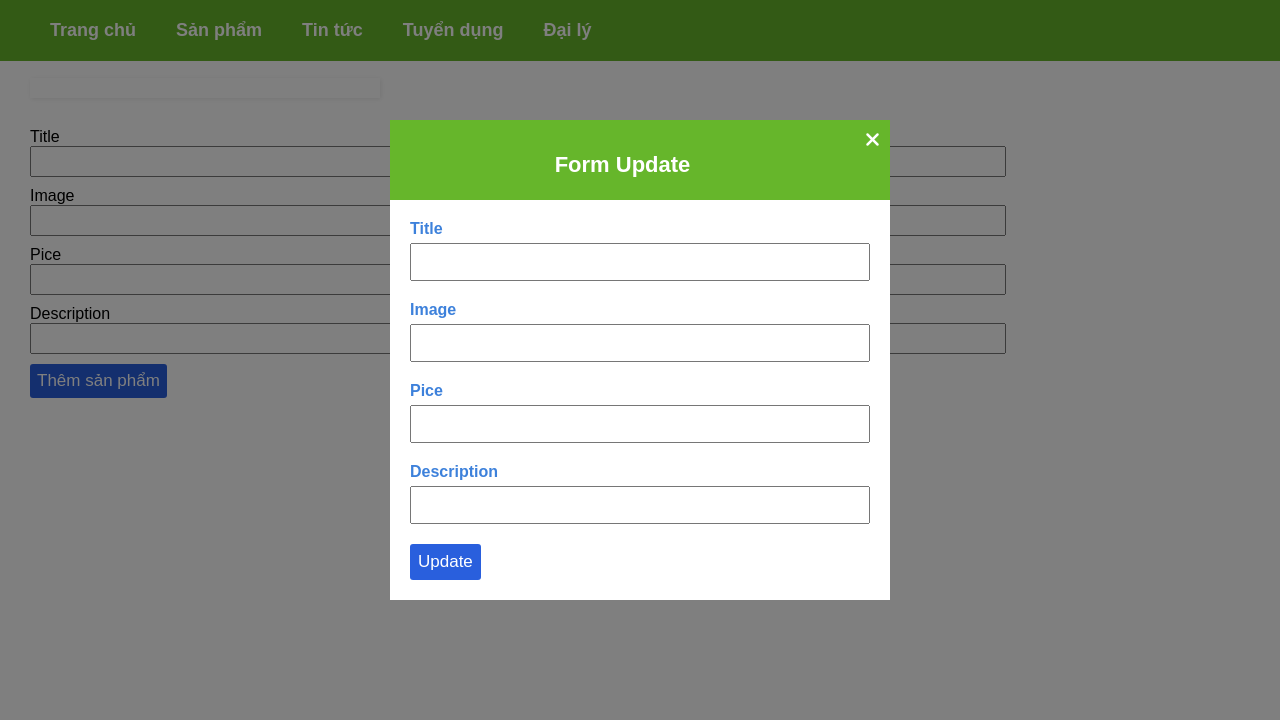
Repository: Ngoc28/CURD_HTML-CSS_JS_JSON
Page: index.html
These files come from the project's save history. The page is drawn as it stood at one moment and after the next save; the edit follows.
The browser window is 1280 px wide. The pictures show the whole page.
The page's requests for data from a server got no answer.

Above is the page before, as saved 2023-04-11 10:04:18.

### index.html
<!DOCTYPE html>
<html lang="en">
<head>
    <meta charset="UTF-8">
    <meta http-equiv="X-UA-Compatible" content="IE=edge">
    <meta name="viewport" content="width=device-width, initial-scale=1.0">
    <title>CURD Cơ bản</title>
    <link rel="stylesheet" href="https://cdnjs.cloudflare.com/ajax/libs/font-awesome/6.4.0/css/all.min.css" integrity="sha512-iecdLmaskl7CVkqkXNQ/ZH/XLlvWZOJyj7Yy7tcenmpD1ypASozpmT/E0iPtmFIB46ZmdtAc9eNBvH0H/ZpiBw==" crossorigin="anonymous" referrerpolicy="no-referrer" />
    <link rel="stylesheet" href="./asset/css/style.css">
</head>
<body>
    <header class="header-menu">
        <ul class="list-menu">
            <li class="item-menu"><a href="">Trang chủ</a></li>
            <li class="item-menu"><a href="">Sản phẩm</a></li>
            <li class="item-menu"><a href="">Tin tức</a></li>
            <li class="item-menu"><a href="">Tuyển dụng</a></li>
            <li class="item-menu"><a href="">Đại lý</a></li>
        </ul>
    </header>
    <div class="main">
        <div class="title-product">
            <h2 class="title">Sản phẩm của chúng tôi</h2>
        </div>
        <div class="products">
            <div class="product">
                <!-- <h3 class="product-name">Coca-Cola</h3>
                <img src="https://cdn.tgdd.vn/Products/Images/2947/190310/bhx/sua-trai-cay-nutriboost-huong-cam-297ml-202202122134380628.jpg" alt="" class="product-img">
                <spam class="product-price">18.000</spam>
                <span class="product-description">Nutriboost là thức uống dinh dưỡng kết hợp sữa và nước trái cây thơm ngon, giúp bạn luôn tràn năng lượng cho một ngày làm việc hiệu quả.</span> -->
            </div>
        </div>
    </div>
    <div class="form">
        <div class="form-1">
            <label for="">Title</label>
            <input type="text" name="title">
        </div>
        <div class="form-1">
            <label for="">Image</label>
            <input type="text" name="image">
        </div>
        <div class="form-1">
            <label for="">Pice</label>
            <input type="text" name="price">
        </div>
        <div class="form-1">
            <label for="">Description</label>
            <input type="text" name="description">
        </div>
        <button type="submit" id="create">Thêm sản phẩm</button>
    </div>

    <!-- formUpdate -->
    <div class="formUpdate">
        <div class="modal">
            <header>
                <i class="update-icon fa-solid fa-xmark"></i>
                <h1>
                    Form Update
                </h1>
            </header>
            <div class="modal-body">
                <div class="form-2">
                    <label for="title">Title</label>
                    <input type="text" id="title" name="title">
                </div>
                <div class="form-2">
                    <label for="image">Image</label>
                    <input type="text" id="image" name="image">
                </div>
                <div class="form-2">
                    <label for="price">Pice</label>
                    <input type="text" id="price" name="price">
                </div>
                <div class="form-2">
                    <label for="description">Description</label>
                    <input type="text" id="description" name="description">
                </div>
                <button type="submit" id="update">Update</button>
            </div>
        </div>
    </div>
    <script src="/script.js"></script>
</body>
</html>

### asset/css/style.css
*{
    padding: 0;
    margin: 0;
    box-sizing: border-box;
}

body {
    font-family: Arial, Helvetica, sans-serif;
}

.header-menu {
    position: fixed;
    top: 0;
    left: 0;
    right: 0;
    background-color: #66b62b;
    font-size: 18px;
    font-weight: 600;
}

.list-menu {
    display: flex;
    margin: 0 30px;
}

.item-menu {
    list-style: none;
}

.item-menu a {
    padding: 20px;
    display: block;
    text-decoration: none;
    color: #fff;
}

.item-menu a:hover {
    background-color: #ffd400;
    display: block;
}

/* Product */
.main {
    margin: 30px 30px 10px 30px;
}

.title-product {
    margin-bottom: 20px;
}


.title-product .title {
    text-align: center;
    color: #d72b27;
}

.products {
    display: flex;
    justify-content: space-between;
    flex-wrap: wrap;
}

.product {
    width: 350px;
    cursor: pointer;
    box-shadow: 1px 1px 5px   rgba(0, 0, 0, 0.09);
    margin-bottom: 20px;
    padding: 10px;
}


.product h3:hover {
    color: #d72b27;
}


.product-name {
    text-align: center;
}

.product-img {
    width: 100%;
    object-fit: cover;
}


.product .product-price:hover {
    color: #66b62b;
}

.product-price {
    color: #d72b27;
    margin: 10px 10px 6px;
    display: flex;
    justify-content: center;
    font-weight: 600;
}

.product-description {
    font-size: 15px;
    font-weight: 400;
    line-height: 20px;
    height: 40px;
    margin: 10px 10px 6px;
    overflow: hidden;
    display: block;
    display: -webkit-box;
    -webkit-box-orient: vertical;
    -webkit-line-clamp: 2;
}


.btn {
    display: flex;
    justify-content: center;
}


.delete-btn{
    margin-right: 10px;
}

.update-btn,
.delete-btn {
    padding: 8px;
    background-color: #66b62b;
    color: #fff;
    font-size: 15px;
    border: none;
    border-radius: 3px;
}

.update-btn:hover,
.delete-btn:hover {
    background-color: #336013;
}

/* Form */
.form {
    margin: 0 30px;

}

.form-1{
    margin-bottom: 10px;
}

.form-1 label {
    display: block;
    font-size: 16px;
    width: 90px;
}

.form-1 input {
    padding: 5px;
    font-size: 15px;
    width: 80%;
}

.form button {
    padding: 7px;
    background-color: #295fdd;
    color: #fff;
    font-size: 17px;
    border: none;
    border-radius: 3px;
}

.form button:hover {
    background-color: #172e62;
}

/* FormUpdate */

.formUpdate {
    position:fixed;
    top: 0;
    right: 0;
    bottom: 0;
    left: 0;
    background-color: rgba(0, 0, 0, 0.5);
    display: flex;
    align-items: center;
    justify-content: center;
}

.modal {
    background-color: #fff;
    margin: 0 20px;
}

.modal header {
    background-color: #66b62b;
    color: #fff;
    height: 80px;
    width: 500px;
}

.modal h1 {
    line-height: 90px;
    text-align: center;
    font-size: 22px;
}

.modal .update-icon {
    float: right;
    padding: 10px;
    font-size: 20px;
    color: #fff;
}

.modal .update-icon:hover {
    color: #d72b27;
}

.modal-body {
    padding: 20px;
}

.form-2 {
    margin-bottom: 20px;
}

.form-2 label {
    display: block;
    margin-bottom: 5px;
    font-size: 16px;
    font-weight: 600;
    color: #3d81db;
}

.form-2 input {
    width: 100%;
    padding: 8px;
    font-size: 16px;
}

.modal-body button {
    padding: 8px;
    background-color: #295fdd;
    font-size: 17px;
    color: #fff;
    border: none;
    border-radius: 3px;
}

.modal-body button:hover {
    background-color: #172e62;
}

### script.js
let productsApi = 'http://localhost:3000/products';

function start() {
    getProducts(renderProducts);

    handleCreateForm()
}

start();

//lay ra san pham

function getProducts(callback) {

    fetch(productsApi)
    .then(function(response) {
        return response.json();
    })
    .then(callback);
}

function createProduct(data, callback) {
    var options = {
        method: 'POST',
        body: JSON.stringify(data),
        headers: {
            "Content-Type": "application/json",
            // 'Content-Type': 'application/x-www-form-urlencoded',
          }
    };
    fetch(productsApi, options)
        .then(function(response) {
            response.json();
        })
        .then(callback);

}

function handleDeleteProduct(id) {
    var options = {
        method: 'DELETE',
        headers: {
            "Content-Type": "application/json",
            // 'Content-Type': 'application/x-www-form-urlencoded',
          }
    };
    fetch(productsApi + '/' + id, options)
        .then(function(response) {
            response.json();
        })
        .then(function() {
           var productItem = document.querySelector('.product-item-' + id);
           if(productItem) {
            productItem.remove();
           }
        });
}


//show du lieu ra man hinh
function renderProducts(products) {
    var listProducts = document.querySelector('.products');

    var htmls = products.map(function(product) {
        return `
        <div class="product product-item-${product.id}">
            <h3 class="product-name">${product.title}</h3>
            <img src="${product.image}" class="product-img">
            <spam class="product-price">${product.price}đ</spam>
            <span class="product-description">${product.description}</span>
            <div class="btn">
                <button onclick="handleDeleteProduct(${product.id})" class="delete-btn">Delete</button>
                <button onclick="UpdateProduct()" class="update-btn">Update</button>
            </div>
        </div>`

    })

    listProducts.innerHTML = htmls.join('');
}

function handleCreateForm() {
    var createBtn = document.querySelector('#create');

    createBtn.onclick = function() {
        var title = document.querySelector('input[name="title"]').value;
        var image = document.querySelector('input[name="image"]').value;
        var price = document.querySelector('input[name="price"]').value;
        var description = document.querySelector('input[name="description"]').value;

        var formData = {
            title: title,
            image: image,
            price: price,
            description: description
        }

        createProduct(formData, function() {
            getProducts(renderProducts);
        });

    }
}

After the next save:
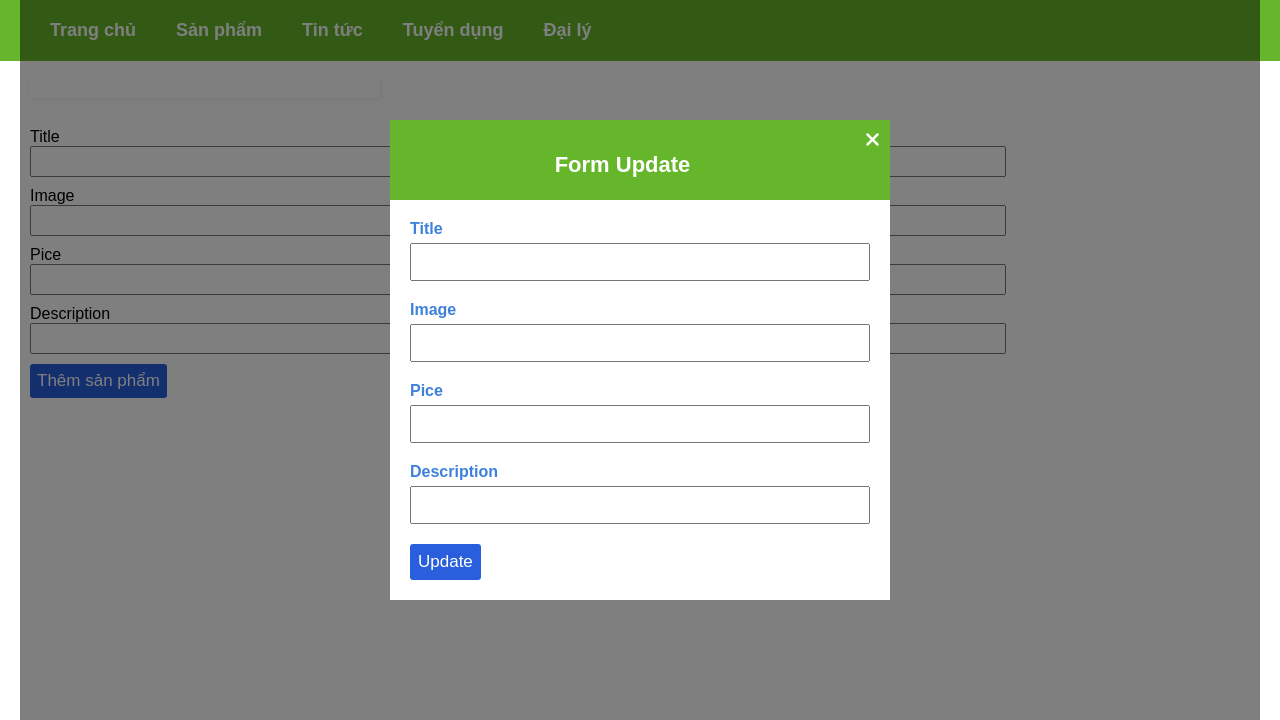
Saved 18 s later.
--- a/asset/css/style.css
+++ b/asset/css/style.css
@@ -182,11 +182,11 @@ body {
     display: flex;
     align-items: center;
     justify-content: center;
+    margin: 0 20px;
 }
 
 .modal {
     background-color: #fff;
-    margin: 0 20px;
 }
 
 .modal header {
